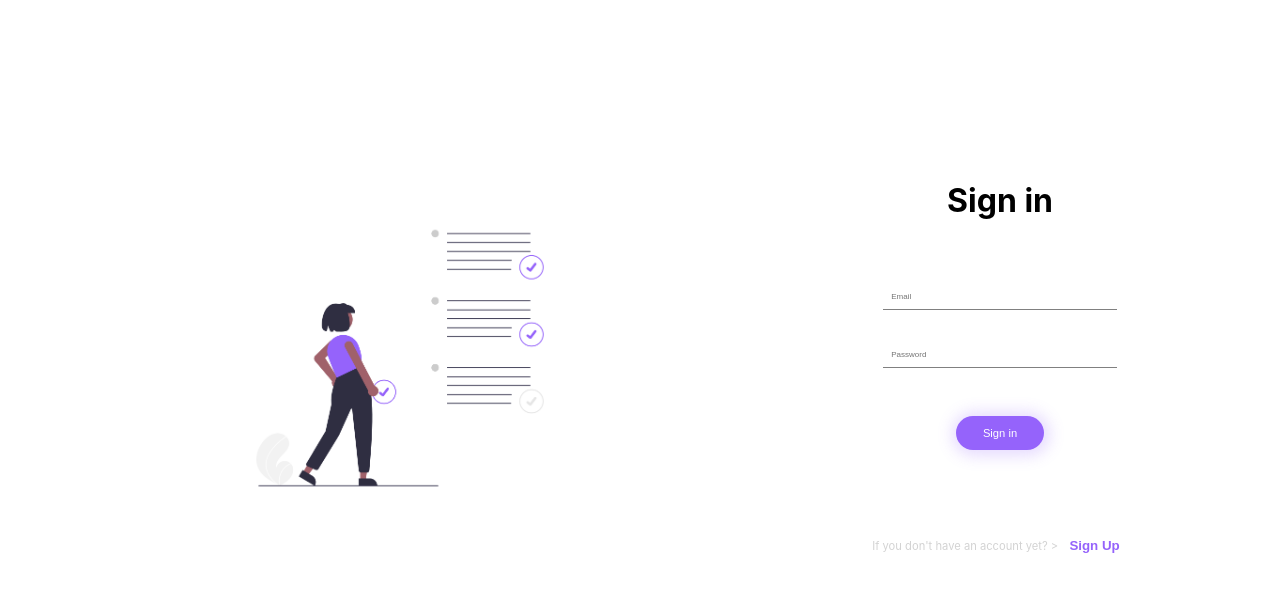
Repository: EEOOOO/wanted-pre-onboarding-fe
Page: / (app in to-do-list-app/)
An editor plug-in stored every save of this project. The page is shown before and after the next save, followed by the edit.
The browser window is 1280 px wide. The pictures show the whole page.
The project was rebuilt for these pictures with package versions that can differ from the ones it lists, and the page was loaded fresh each time. Also part of the build but not shown: to-do-list-app/src/components/sign_up/sign_up.module.css, to-do-list-app/src/components/sign_up/sign_up.jsx, to-do-list-app/src/components/todoList/todo_list.jsx.

Above is the page before, as saved 2022-08-22 00:52:15.

### to-do-list-app/public/index.html
<!DOCTYPE html>
<html lang="en">
  <head>
    <meta charset="utf-8" />
    <link rel="icon" href="%PUBLIC_URL%/logo.png" />
    <meta name="viewport" content="width=device-width, initial-scale=1" />
    <meta name="theme-color" content="#000000" />
    <meta
      name="description"
      content="Web site created using create-react-app"
    />
    <link rel="apple-touch-icon" href="%PUBLIC_URL%/logo.png" />
    <link rel="manifest" href="%PUBLIC_URL%/manifest.json" />
    <title>Todo List App</title>
  </head>
  <body>
    <div id="root"></div>
  </body>
</html>

### to-do-list-app/src/App.js
import style from './app.module.css';
import { Routes, Route } from 'react-router-dom'
import Login from './components/login/login';
import TodoList from './components/todoList/todo_list';

function App() {
  return <div className={style.App}>
    <Routes>
      <Route path="/" element={<Login/>}></Route>
      <Route path="todo" element={<TodoList/>}></Route>
    </Routes>
  </div>
}

export default App;

### to-do-list-app/src/components/login/login.jsx
import React, { useState } from 'react';
import SignIn from '../sign_in/sign_in';
import SignUp from '../sign_up/sign_up';
import style from '../login/login.module.css';
import loginImage from '../login/login_img.png';

const Login = (props) => {
    const goTosignUp = () => {
        setViewableScreen(<SignUp/>)
    }
    const signIn = <SignIn goToSignUp={goTosignUp}/>
    let [viewableScreen, setViewableScreen] = useState(signIn);
    return (
        <div className={style.login}>
            <div className={style.cover}>
                <img src={loginImage} className={style.coverImage}/>
            </div>
            <div className={style.inputContainer}>{viewableScreen}</div>
        </div>
    )
}

export default Login;

### to-do-list-app/src/components/sign_in/sign_in.jsx
import React from 'react';
import LoginInputForm from '../login_input_form/login_input_form';
import style from '../sign_in/sign_in.module.css'

const SignIn = ({goToSignUp}) => {
    const handleSignInSubmit = (event) => {
        //event.preventDefault();
        console.log(event);
    }
    return(
        <div className={style.signIn}>
            <h1>Sign in</h1>
            <LoginInputForm handleSubmit={handleSignInSubmit} submitContent={'Sign in'}/>
            <span className={style.signUpText}>If you don't have an account yet? &gt; </span>
            <button className={style.signUpButton} onClick={goToSignUp}>Sign Up</button>
        </div>
    )
}

export default SignIn;

### to-do-list-app/src/components/login/login.module.css
.login {
  display: flex;
  height: 100vh;
  justify-content: space-evenly;
  align-items: center;
}
.inputContainer {
  width: 50%;
  min-width: 235px;
  max-width: 400px;
}
.cover {
  width: 50%;
}
.coverImage {
  min-width: 235px;
  max-width: 400px;
}

### to-do-list-app/src/components/login_input_form/login_input_form.jsx
import React from 'react';
import style from '../login_input_form/login_input_form.module.css';
const LoginInputForm = ({handleSubmit, submitContent}) => {
    return (
    <form className={style.inputForm} onSubmit={handleSubmit}>
        <div className={style.email}>
            <input
            type="text"
            className={style.inputEmail}
            placeholder='Email'></input>
        </div>
        <div className={style.password}>
            <input
            type="text"
            className={style.inputPassWord}
            placeholder='Password'></input>
        </div>
        <button type="submit" className={style.submitButton}>{submitContent}</button>
    </form>
    );
};

export default LoginInputForm;

### to-do-list-app/src/components/sign_in/sign_in.module.css
.signIn {
  padding: 1rem;
}
.signUpText {
  color: lightGrey;
  font-size: 0.7rem;
}
.signUpButton {
  background-color: transparent;
  border: none;
  padding: 0.5rem;
  color: rgb(149, 99, 251);
  font-weight: 600;
}

### to-do-list-app/src/components/login_input_form/login_input_form.module.css
.inputForm {
  margin: 3rem;
}
.email,
.password {
  display: flex;
  flex-direction: column;
  align-items: center;
}
input {
  width: 80%;
  font-size: 0.5rem;
  padding: 0.5rem;
  margin: 1rem;
  border: none;
  border-bottom: 0.5px solid gray;
}
.submitButton {
  background-color: rgb(149, 99, 251);
  font-size: 0.7rem;
  color: white;
  border: none;
  padding: 0.7rem 1.7rem;
  border-radius: 17px;
  margin: 2rem 1rem;
  -webkit-box-shadow: 1px 1px 15px 5px rgba(149, 99, 251, 0.23);
  box-shadow: 1px 1px 15px 5px rgba(149, 99, 251, 0.23);
  cursor: pointer;
  transition: transform 200ms ease-in;
}
.submitButton:hover {
  transform: scale(1.05);
}

Loaded but not shown: to-do-list-app/src/index.js (common file); to-do-list-app/src/index.css (common file); to-do-list-app/src/reportWebVitals.js (common file); to-do-list-app/src/app.module.css (common file)

After the next save:
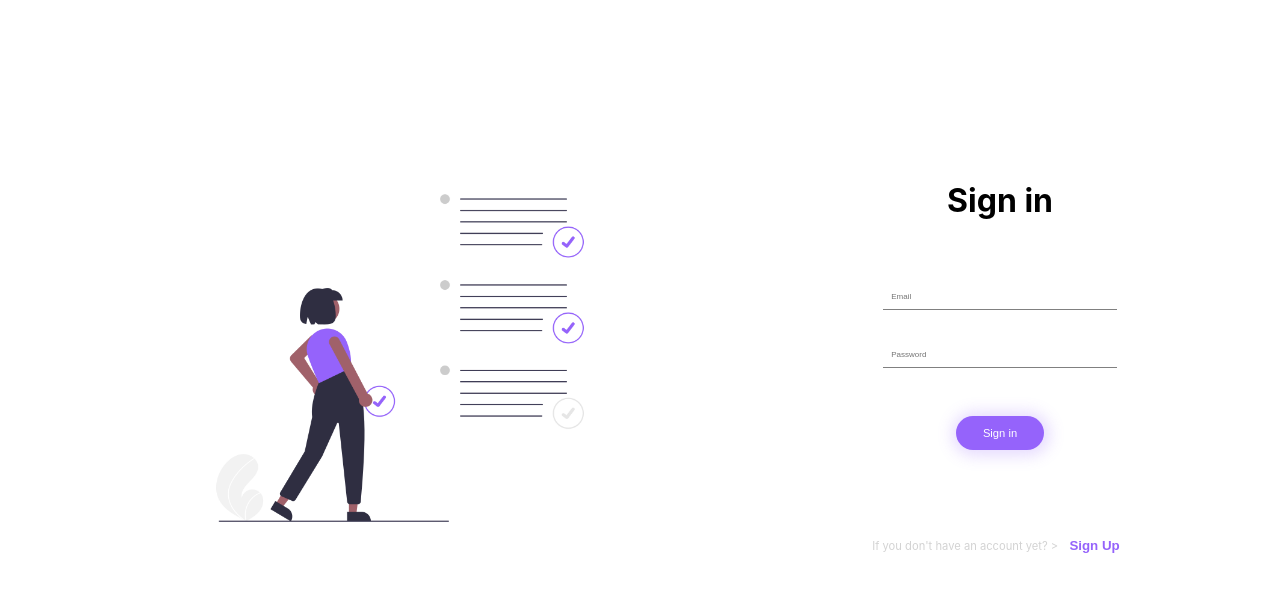
Saved 17 s later.
--- a/to-do-list-app/src/components/login/login.module.css
+++ b/to-do-list-app/src/components/login/login.module.css
@@ -13,6 +13,6 @@
   width: 50%;
 }
 .coverImage {
-  min-width: 235px;
-  max-width: 400px;
+  width: 80%;
+  height: 80%;
 }
